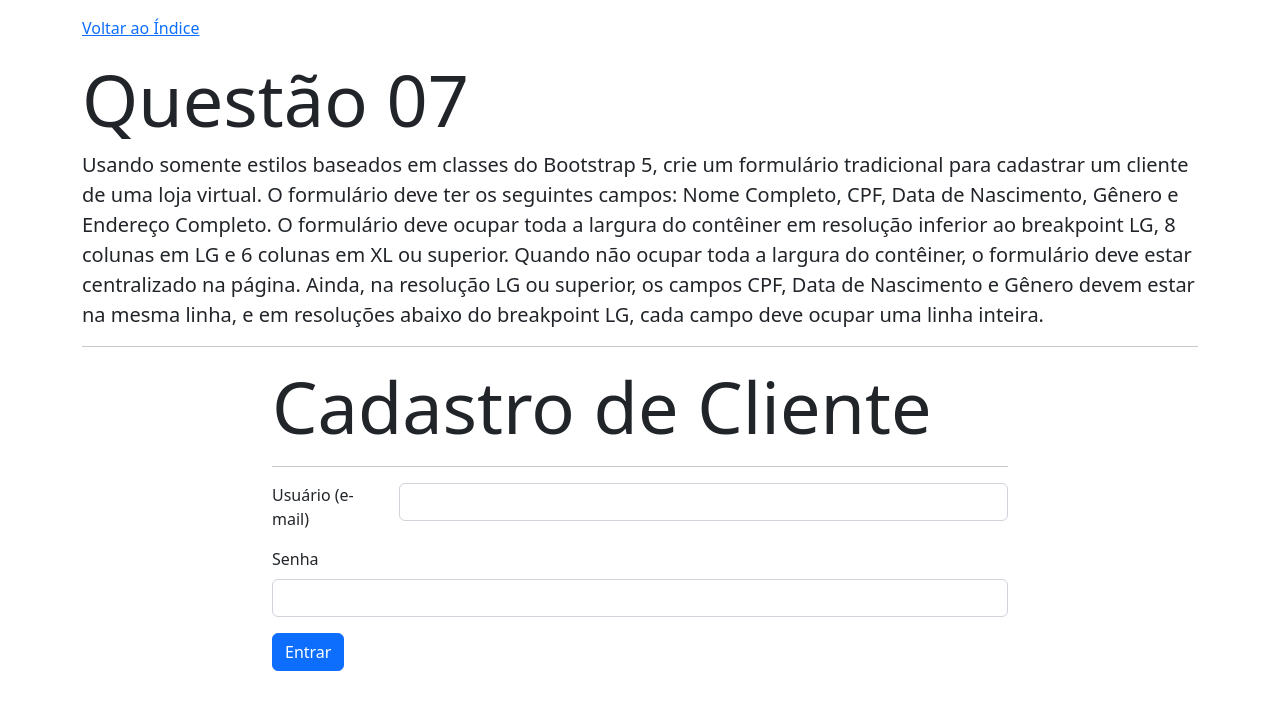
Repository: In-Game-full/Reprograme-se
Page: S-8/Atividade-Pratica-da-Semana-3-do-Replit/questao07.html
An editor plug-in stored every save of this project. The page is shown before and after a run of saves, followed by the edit.
The browser window is 1280 px wide. The pictures show the whole page.

Above is the page before, as saved 2023-09-12 15:33:04.

### S-8/Atividade-Pratica-da-Semana-3-do-Replit/questao07.html
<!DOCTYPE html>
<html lang="pt-br">

<head>
    <meta charset="UTF-8">
    <meta http-equiv="X-UA-Compatible" content="IE=edge">
    <meta name="viewport" content="width=device-width, initial-scale=1.0">
    <link href="https://cdn.jsdelivr.net/npm/bootstrap@5.2.2/dist/css/bootstrap.min.css" rel="stylesheet">
    <link href="https://cdn.jsdelivr.net/npm/bootstrap-icons@1.10.2/font/bootstrap-icons.css" rel="stylesheet">
    <script src="https://cdn.jsdelivr.net/npm/bootstrap@5.2.2/dist/js/bootstrap.bundle.min.js"></script>
    <title>Questão 07</title>
</head>

<body>
    <div class="container my-3">
        <p><a href="index.html">Voltar ao Índice</a></p>
        <h1 class="display-2">Questão 07</h1>
        <p class="lead">Usando somente estilos baseados em classes do Bootstrap 5, crie um formulário tradicional para cadastrar um cliente de uma loja virtual. O formulário deve ter os seguintes campos: Nome Completo, CPF, Data de Nascimento, Gênero e Endereço Completo. O formulário deve ocupar toda a largura do contêiner em resolução inferior ao breakpoint LG, 8 colunas em LG e 6 colunas em XL ou superior. Quando não ocupar toda a largura do contêiner, o formulário deve estar centralizado na página. Ainda, na resolução LG ou superior, os campos CPF, Data de Nascimento e Gênero devem estar na mesma linha, e em resoluções abaixo do breakpoint LG, cada campo deve ocupar uma linha inteira.</p>
        <hr>
    </div>
    <!-- Valor: 1.5 pontos -->
    <!-- FAZER AQUI -->
    <div class="container">
        <div class="row justify-content-center">
            <div class="col-sm-12 col-lg-8 clo-xl-6">
                <h1 class="display-2">Cadastro de Cliente</h1>
                <hr>
                <form action="">
                    <div class="row mb-3">
                        <div class="col-lg-2">
                        <label for="" cass="form-label">Usuário (e-mail)</label>
                        </div>
                        <div class="col-lg-10">
                        <input type="text" class="form-control">
                        </div>
                    </div>
                    <div class="mb-3">
                        <label for="" class="form-label">Senha</label>
                        <input type="text" class="form-control">
                    </div>
                    <button type="submit" class="btn btn-primary">Entrar</button>
                </form>
            </div>
        </div>
    </div>
</body>

</html>

After the next 2 saves:
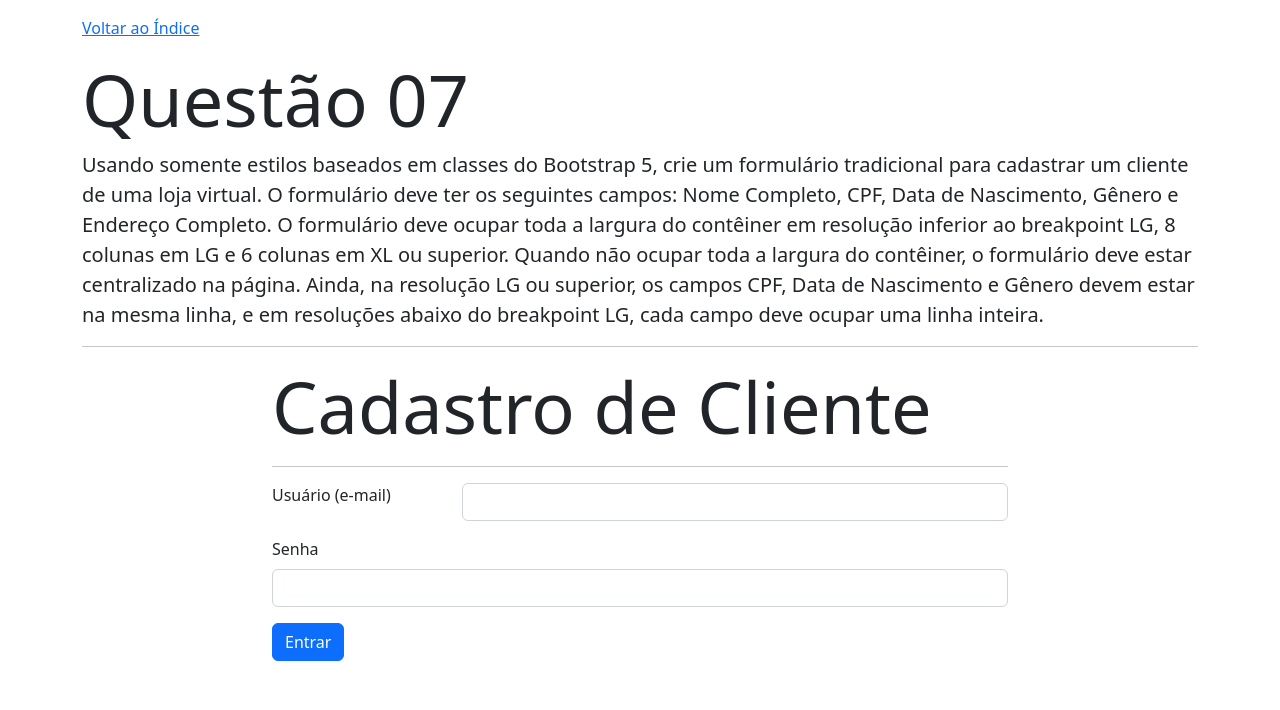
The 2 saves are shown as one change because they came seconds apart.
The last was saved 14 s later.
--- a/S-8/Atividade-Pratica-da-Semana-3-do-Replit/questao07.html
+++ b/S-8/Atividade-Pratica-da-Semana-3-do-Replit/questao07.html
@@ -27,10 +27,10 @@
                 <hr>
                 <form action="">
                     <div class="row mb-3">
-                        <div class="col-lg-2">
+                        <div class="col-lg-3">
                         <label for="" cass="form-label">Usuário (e-mail)</label>
                         </div>
-                        <div class="col-lg-10">
+                        <div class="col-lg-9">
                         <input type="text" class="form-control">
                         </div>
                     </div>
